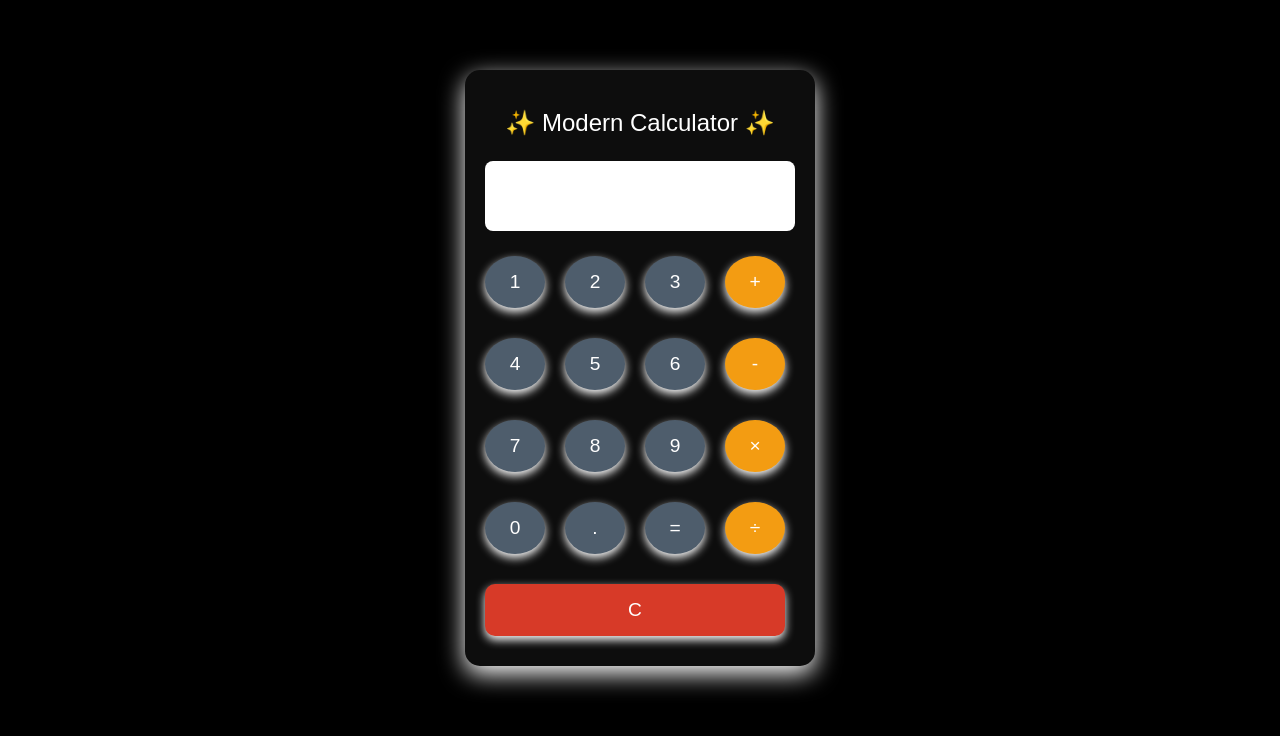
Repository: hawamubarakk/Calculator
Page: calculator.html
The author's editor kept a copy of each file at every save. The page is drawn from the files as they stood at one save, then again after the next save.
The browser window is 1280 px wide. The pictures show the whole page.

Above is the page before, as saved 2025-08-15 22:01:54.

### calculator.html
<!DOCTYPE html>
<html lang="en">
<head>
  <meta charset="UTF-8">
  <meta name="viewport" content="width=device-width, initial-scale=1.0">
  <title>Modern Calculator</title>
  <link rel="stylesheet" href="style.css">
</head>
<body>
  <div class="calculator-container">
    <h2>✨ Modern Calculator ✨</h2>
    <p class="js-calculation"></p>

    <div class="buttons-grid">
      <button data-value="1">1</button>
      <button data-value="2">2</button>
      <button data-value="3">3</button>
      <button class="op" data-value="+">+</button>

      <button data-value="4">4</button>
      <button data-value="5">5</button>
      <button data-value="6">6</button>
      <button class="op" data-value="-">-</button>

      <button data-value="7">7</button>
      <button data-value="8">8</button>
      <button data-value="9">9</button>
      <button class="op" data-value="*">×</button>

      <button data-value="0">0</button>
      <button data-value=".">.</button>
      <button id="equals">=</button>
      <button class="op" data-value="/">÷</button>

      <button id="clear" class="clear-btn">C</button>
    </div>
  </div>

  <script src="script.js"></script>
</body>
</html>

### style.css
body {
  background-color: black;
  font-family: Arial, sans-serif;
  color: black;
  display: flex;
  justify-content: center;
  align-items: center;
  height: 100vh;
}

.calculator-container {
  background: rgba(255, 255, 255, 0.05);
  padding: 20px;
  border-radius: 15px;
  box-shadow: 0 8px 25px white;
  text-align: center;
}

h2 {
  margin-bottom: 10px;
  font-weight: normal;
  color: white;
}

.js-calculation {
  background: white;
  padding: 15px;
  border-radius: 8px;
  font-size: 1.5rem;
  margin-bottom: 15px;
  min-height: 40px;
  transition: all 0.3s ease-in-out;
}

.buttons-grid {
  display: grid;
  grid-template-columns: repeat(4, 70px);
  gap: 10px;
}

button {
  font-size: 1.2rem;
  padding: 15px;
  border: none;
  border-radius: 50%;
  background: #4e5d6c;
  color: white;
  cursor: pointer;
  transition: transform 0.15s ease;
  box-shadow: 0 4px 10px white;
  margin-top: 10px;
  margin-bottom: 10px;
  margin-right: 10px;
}

button:hover {
  background: #5b8abc;
  transform: scale(1.1);
}

button:active {
  transform: scale(0.9);
}

.op {
  background: #f39c12;
}

.op:hover {
  background: #e67e22;
}

.clear-btn {
  grid-column: span 4;
  border-radius: 10px;
  background: #d73a28;
}

.clear-btn:hover {
  background: #e74c3c;
}

### script.js
let calculation = localStorage.getItem('calculation') || '';
displayCalculation();

function updateCalculation(value) {
  calculation += value;
  displayCalculation();
  localStorage.setItem('calculation', calculation);
}

function displayCalculation() {
  document.querySelector('.js-calculation').textContent = calculation;
}

function evaluateCalculation() {
  try {
    calculation = eval(calculation);
    displayCalculation();
    localStorage.setItem('calculation', calculation);
  } catch {
    calculation = "Error";
    displayCalculation();
  }
}

function clearCalculation() {
  calculation = '';
  displayCalculation();
  localStorage.setItem('calculation', calculation);
}

// Mouse Click Support
document.querySelectorAll('button[data-value]').forEach(btn => {
  btn.addEventListener('click', () => {
    updateCalculation(btn.getAttribute('data-value'));
  });
});

document.getElementById('equals').addEventListener('click', evaluateCalculation);
document.getElementById('clear').addEventListener('click', clearCalculation);

// Keyboard Support
document.addEventListener("keydown", function(event) {
  const key = event.key;

  if (!isNaN(key) || key === ".") updateCalculation(key);
  if (["+", "-", "*", "/"].includes(key)) updateCalculation(` ${key} `);
  if (key === "Enter") evaluateCalculation();
  if (key === "Backspace") {
    calculation = calculation.slice(0, -1);
    displayCalculation();
  }
  if (key === "Escape") clearCalculation();
});

After the next save:
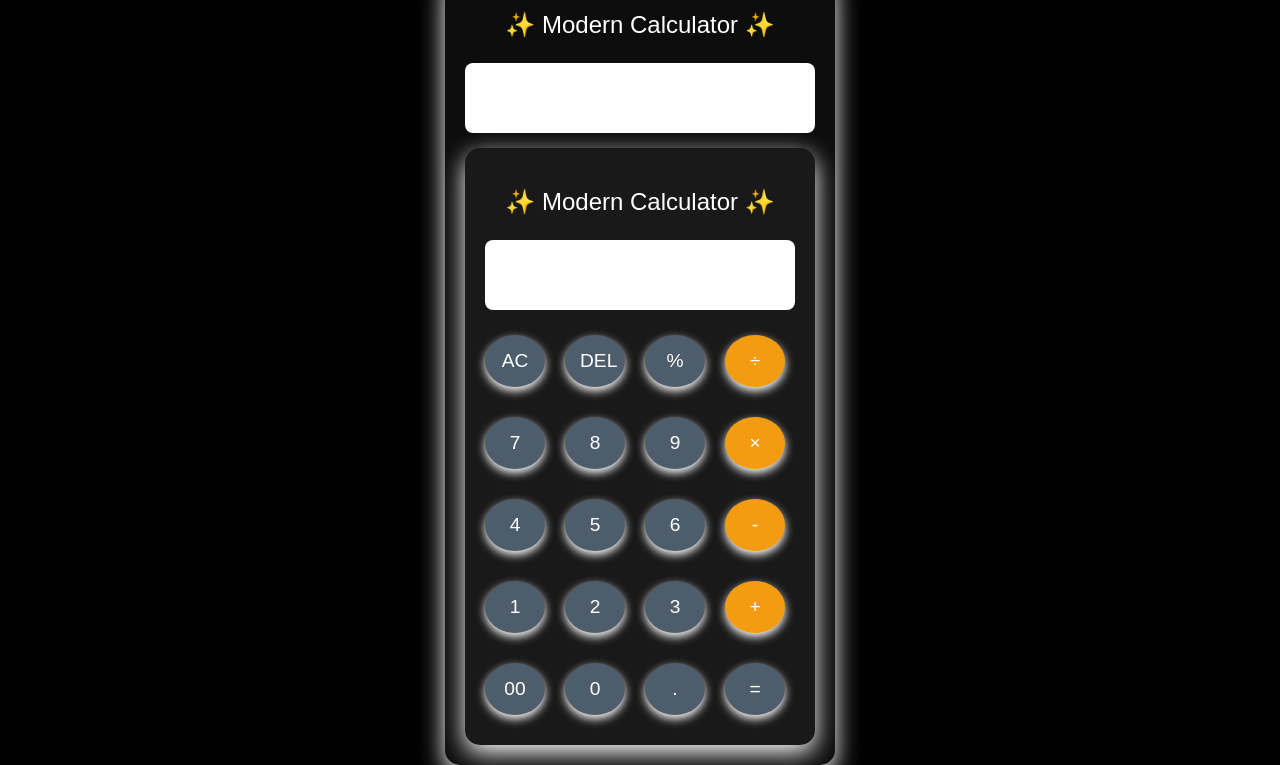
Saved 19 min 46 s later.
--- a/calculator.html
+++ b/calculator.html
@@ -11,30 +11,38 @@
     <h2>✨ Modern Calculator ✨</h2>
     <p class="js-calculation"></p>
 
-    <div class="buttons-grid">
-      <button data-value="1">1</button>
-      <button data-value="2">2</button>
-      <button data-value="3">3</button>
-      <button class="op" data-value="+">+</button>
+    <div class="calculator-container">
+  <h2>✨ Modern Calculator ✨</h2>
+  <p class="js-calculation"></p>
 
-      <button data-value="4">4</button>
-      <button data-value="5">5</button>
-      <button data-value="6">6</button>
-      <button class="op" data-value="-">-</button>
+  <div class="buttons-grid">
+    <!-- New top row -->
+    <button id="clear">AC</button>
+    <button id="delete">DEL</button>
+    <button data-value="%">%</button>
+    <button class="op" data-value="/">÷</button>
 
-      <button data-value="7">7</button>
-      <button data-value="8">8</button>
-      <button data-value="9">9</button>
-      <button class="op" data-value="*">×</button>
+    <button data-value="7">7</button>
+    <button data-value="8">8</button>
+    <button data-value="9">9</button>
+    <button class="op" data-value="*">×</button>
 
-      <button data-value="0">0</button>
-      <button data-value=".">.</button>
-      <button id="equals">=</button>
-      <button class="op" data-value="/">÷</button>
+    <button data-value="4">4</button>
+    <button data-value="5">5</button>
+    <button data-value="6">6</button>
+    <button class="op" data-value="-">-</button>
 
-      <button id="clear" class="clear-btn">C</button>
-    </div>
+    <button data-value="1">1</button>
+    <button data-value="2">2</button>
+    <button data-value="3">3</button>
+    <button class="op" data-value="+">+</button>
+
+    <button data-value="00">00</button>
+    <button data-value="0">0</button>
+    <button data-value=".">.</button>
+    <button id="equals">=</button>
   </div>
+</div>
 
   <script src="script.js"></script>
 </body>
